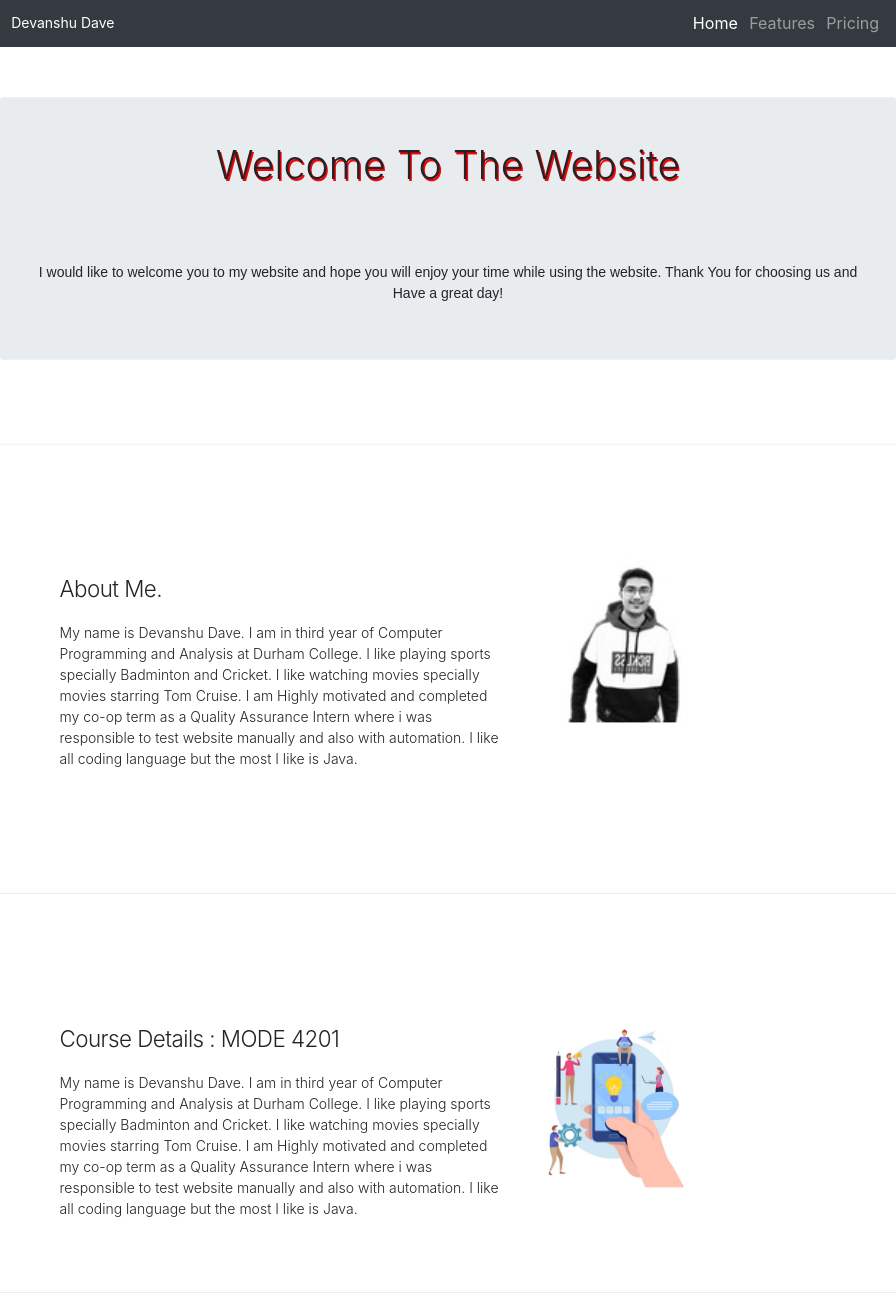
Repository: devanshudave1901/Mobile-Dev-Website
Page: index.html
The author's editor kept a copy of each file at every save. The page is drawn from the files as they stood at one save, then again after the next save.
The browser window is 1280 px wide. The pictures show the whole page, at 70% of full size.
Some web libraries are served in a nearby version.

Above is the page before, as saved 2022-10-05 01:17:14.

### index.html
<!DOCTYPE html>
<html lang="en">
  <head>
    <meta charset="UTF-8" />
    <meta http-equiv="X-UA-Compatible" content="IE=edge" />
    <meta name="viewport" content="width=device-width, initial-scale=1.0" />
    <link
      rel="stylesheet"
      href="https://cdn.jsdelivr.net/npm/bootstrap@4.0.0/dist/css/bootstrap.min.css"
      integrity="sha384-Gn5384xqQ1aoWXA+058RXPxPg6fy4IWvTNh0E263XmFcJlSAwiGgFAW/dAiS6JXm"
      crossorigin="anonymous"
    />
    <link
      href="https://maxcdn.bootstrapcdn.com/font-awesome/4.2.0/css/font-awesome.min.css"
      rel="stylesheet"
    />

    <style>
      .navbar-nav {
        margin-left: auto;
        font-size: 23px;
      }
      .welcomeHeading {
        text-shadow: 2px 2px red;
        text-align: center;
      }
      .welcomeText {
        text-align: center;
        font-family: "Sofia", sans-serif;
      }
      .featurette-heading {
        font-weight: 300;
        line-height: 1;
        letter-spacing: -0.05rem;
        margin-top: 20%;
      }
      .profileIamge {
        width: 250px;
      }
      .mobileDevProfile {
        margin-top: 10%;
        left: 2px;
      }
    </style>
    <script
      src="https://code.jquery.com/jquery-3.2.1.slim.min.js"
      integrity="sha384-KJ3o2DKtIkvYIK3UENzmM7KCkRr/rE9/Qpg6aAZGJwFDMVNA/GpGFF93hXpG5KkN"
      crossorigin="anonymous"
    ></script>
    <script
      src="https://cdn.jsdelivr.net/npm/popper.js@1.12.9/dist/umd/popper.min.js"
      integrity="sha384-ApNbgh9B+Y1QKtv3Rn7W3mgPxhU9K/ScQsAP7hUibX39j7fakFPskvXusvfa0b4Q"
      crossorigin="anonymous"
    ></script>
    <script
      src="https://cdn.jsdelivr.net/npm/bootstrap@4.0.0/dist/js/bootstrap.min.js"
      integrity="sha384-JZR6Spejh4U02d8jOt6vLEHfe/JQGiRRSQQxSfFWpi1MquVdAyjUar5+76PVCmYl"
      crossorigin="anonymous"
    ></script>
    <title>Mobile Development - Lab 2</title>
  </head>
  <body>
    <nav class="navbar sticky-top navbar-expand-lg navbar-dark bg-dark">
      <a class="navbar-brand" href="#">Devanshu Dave</a>

      <div class="collapse navbar-collapse" id="navbarNavDropdown">
        <ul class="navbar-nav" mr-auto>
          <li class="nav-item active">
            <a class="nav-link" href="#"
              >Home <span class="sr-only">(current)</span></a
            >
          </li>
          <li class="nav-item">
            <a class="nav-link" href="#">Features</a>
          </li>
          <li class="nav-item">
            <a class="nav-link" href="#">Pricing</a>
          </li>
        </ul>
      </div>
    </nav>
    <br />
    <br />
    <br />
    <div class="jumbotron">
      <h1 class="display-4 welcomeHeading">Welcome To The Website</h1>
      <br />
      <br />
      <br />
      <br />
      <p class="lead welcomeText">
        I would like to welcome you to my website and hope you will enjoy your
        time while using the website. Thank You for choosing us and Have a great
        day!
      </p>
    </div>
    <br />
    <br />
    <br />
    <hr />
    <div class="container marketing">
      <br />
      <br />
      <div class="row featurette">
        <div class="col-md-7">
          <h2 class="featurette-heading">About Me.</h2>
          <br />
          <p class="lead">
            My name is Devanshu Dave. I am in third year of Computer Programming
            and Analysis at Durham College. I like playing sports specially
            Badminton and Cricket. I like watching movies specially movies
            starring Tom Cruise. I am Highly motivated and completed my co-op
            term as a Quality Assurance Intern where i was responsible to test
            website manually and also with automation. I like all coding
            language but the most I like is Java.
          </p>
        </div>
        <div class="col-md-5">
          <img
            class="featurette-image img-fluid profileIamge"
            src="./image/devProfile.JPG"
          />
        </div>
      </div>
      <br />
      <br />
      <br />
    </div>
    <br />
    <br />
    <br />
    <hr />
    <div class="container marketing">
      <br />
      <br />
      <div class="row featurette">
        <div class="col-md-7">
          <h2 class="featurette-heading">Course Details : MODE 4201</h2>
          <br />
          <p class="lead">
            My name is Devanshu Dave. I am in third year of Computer Programming
            and Analysis at Durham College. I like playing sports specially
            Badminton and Cricket. I like watching movies specially movies
            starring Tom Cruise. I am Highly motivated and completed my co-op
            term as a Quality Assurance Intern where i was responsible to test
            website manually and also with automation. I like all coding
            language but the most I like is Java.
          </p>
        </div>
        <div class="col-md-5 mobileDevProfile">
          <img
            class="featurette-image img-fluid profileIamge"
            src="./image/mobileDev.jpg"
          />
        </div>
      </div>
      <br />
      <br />
      <br />
    </div>
    <hr />
  </body>
</html>

After the next save:
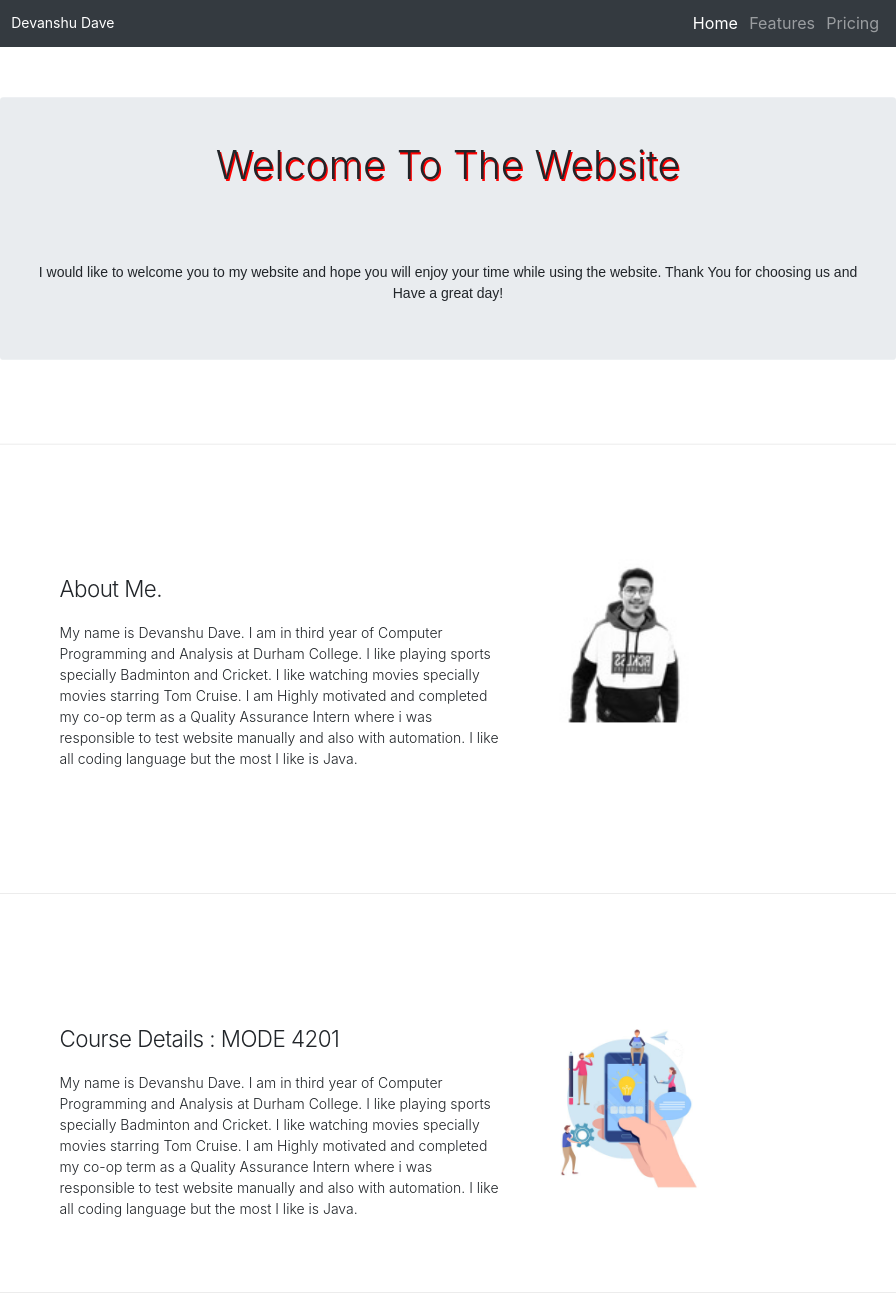
Saved 4 s later.
--- a/index.html
+++ b/index.html
@@ -39,7 +39,7 @@
       }
       .mobileDevProfile {
         margin-top: 10%;
-        left: 2px;
+        left: 20px;
       }
     </style>
     <script
